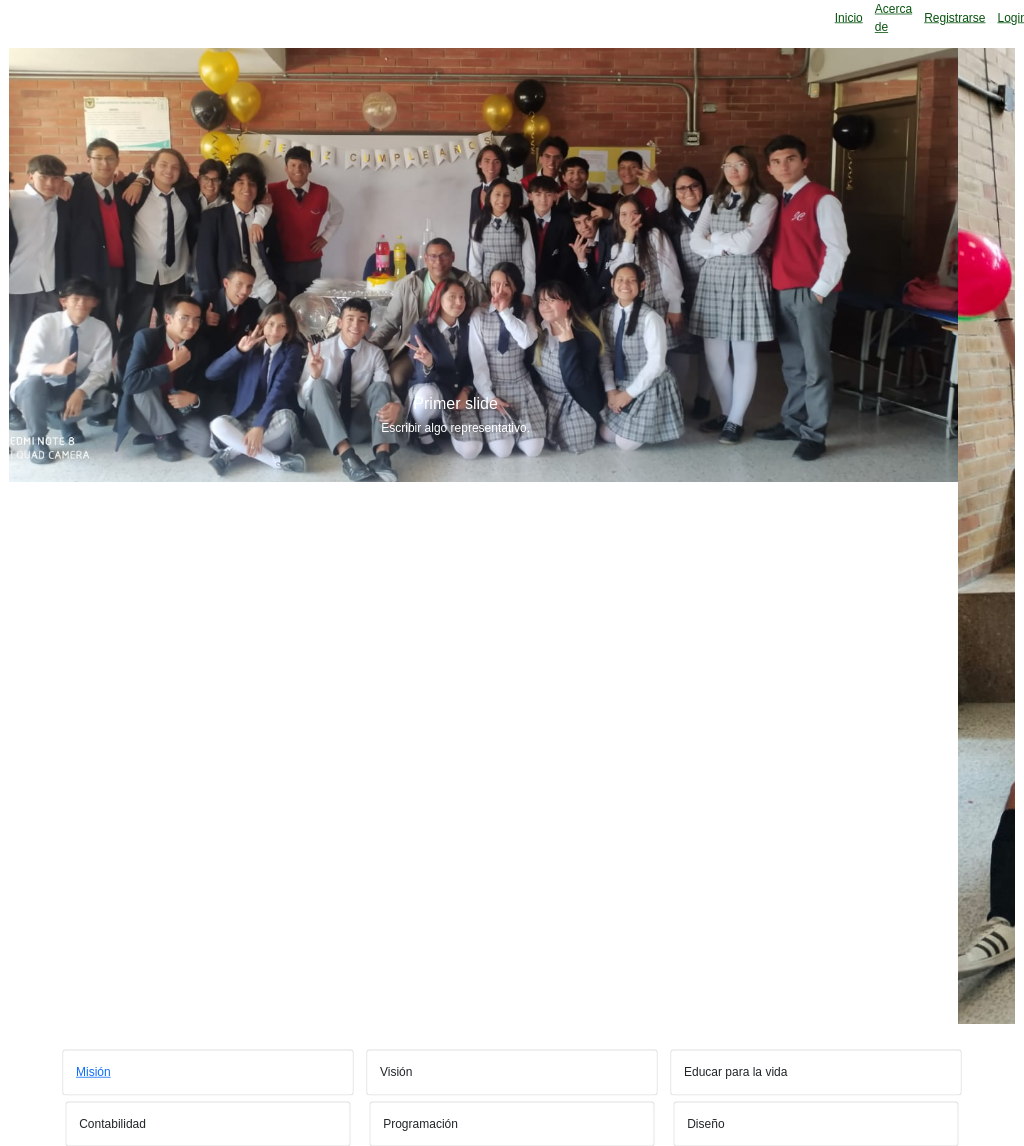
Repository: AntonnySant/webColegio
Page: index.html
These files come from the project's save history. The page is drawn as it stood at one moment and after the next save; the edit follows.
The browser window is 1280 px wide. The pictures show the whole page, at 80% of full size.

Above is the page before, as saved 2023-10-17 17:11:42.
Console error: TypeError: Cannot set properties of null (setting 'onclick')

After the next save:
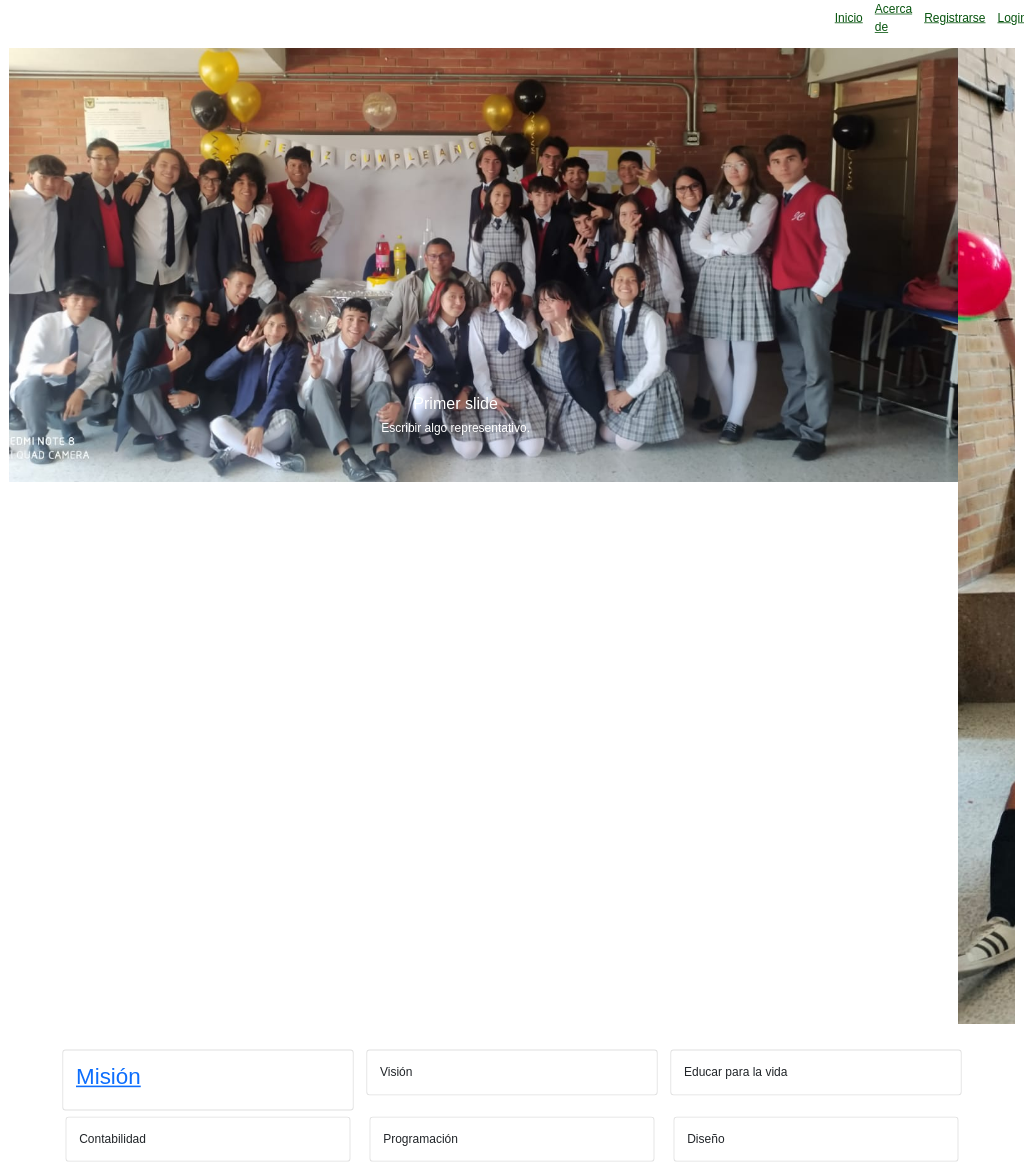
Saved 18 s later.
--- a/index.html
+++ b/index.html
@@ -131,7 +131,9 @@
 
                             <!-- Button trigger modal -->
 
-                            <a href="#" data-bs-toggle="modal" data-bs-target="#exampleModal"> Misión</a>
+                            <a href="#" data-bs-toggle="modal" data-bs-target="#exampleModal">
+                                <h3>Misión</h3>
+                            </a>
 
                             <!-- Modal -->
                             <div class="modal fade" id="exampleModal" tabindex="-1" aria-labelledby="exampleModalLabel"
